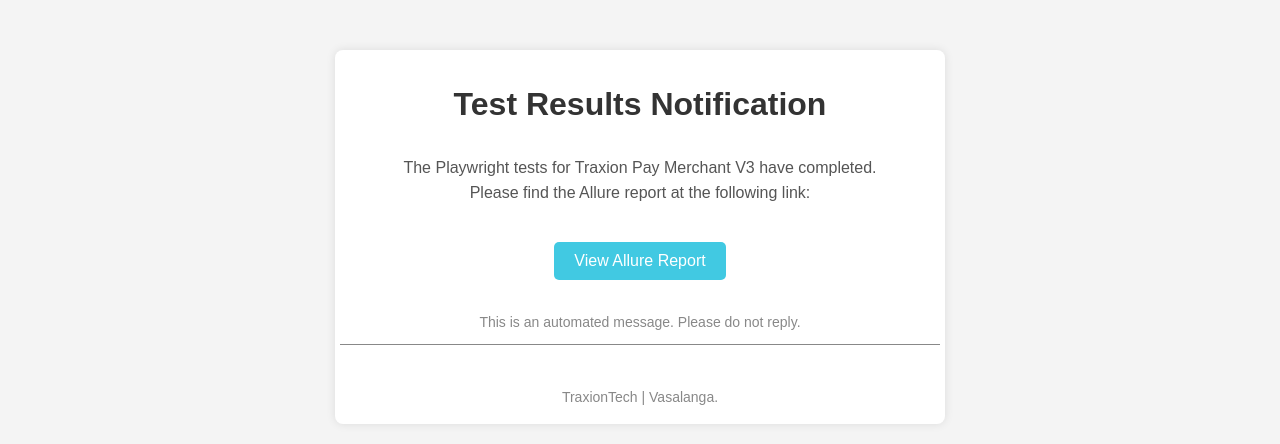
Repository: jmendozaqa24/TraxionPay-V3
Page: template.html
An editor plug-in stored every save of this project. The page is shown before and after the next save, followed by the edit.
The browser window is 1280 px wide. The pictures show the whole page.

Above is the page before, as saved 2025-01-31 10:52:33.

After the next save:
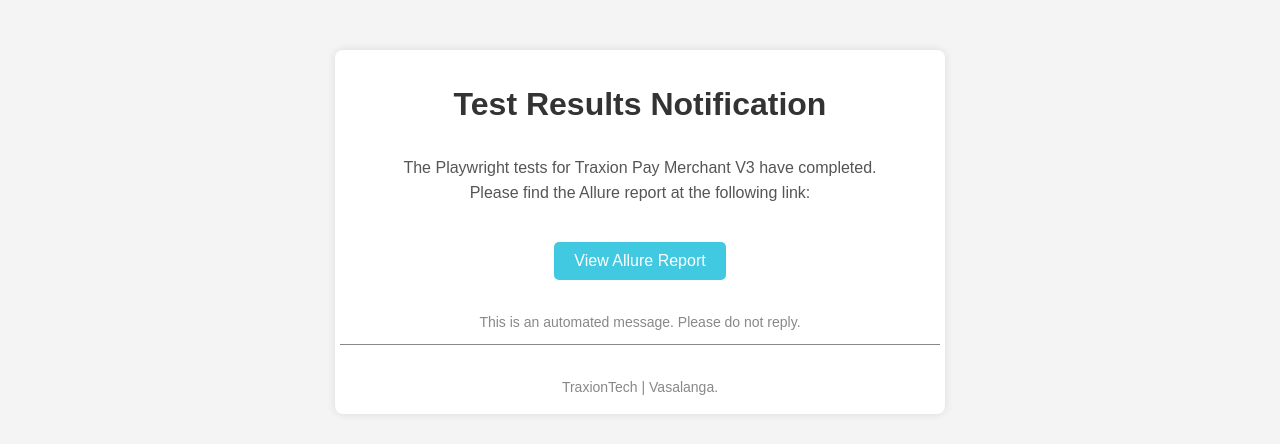
Saved 12 s later.
--- a/template.html
+++ b/template.html
@@ -22,7 +22,7 @@
                     <div style="text-align: center; padding-top: 20px; font-size: 14px; color: #888888;">
                         <p>This is an automated message. Please do not reply.</p>
                     </div>
-                    <hr style="border: none; border-top: 0.1px solid #888888; margin:10px 0;">
+                    <hr style="border: none; border-top: 0.1px solid #888888; margin: 0;">
                     <div style="text-align: center; padding-top: 20px; font-size: 14px; color: #888888;">
                         <p>TraxionTech | Vasalanga.</p>
                     </div>
